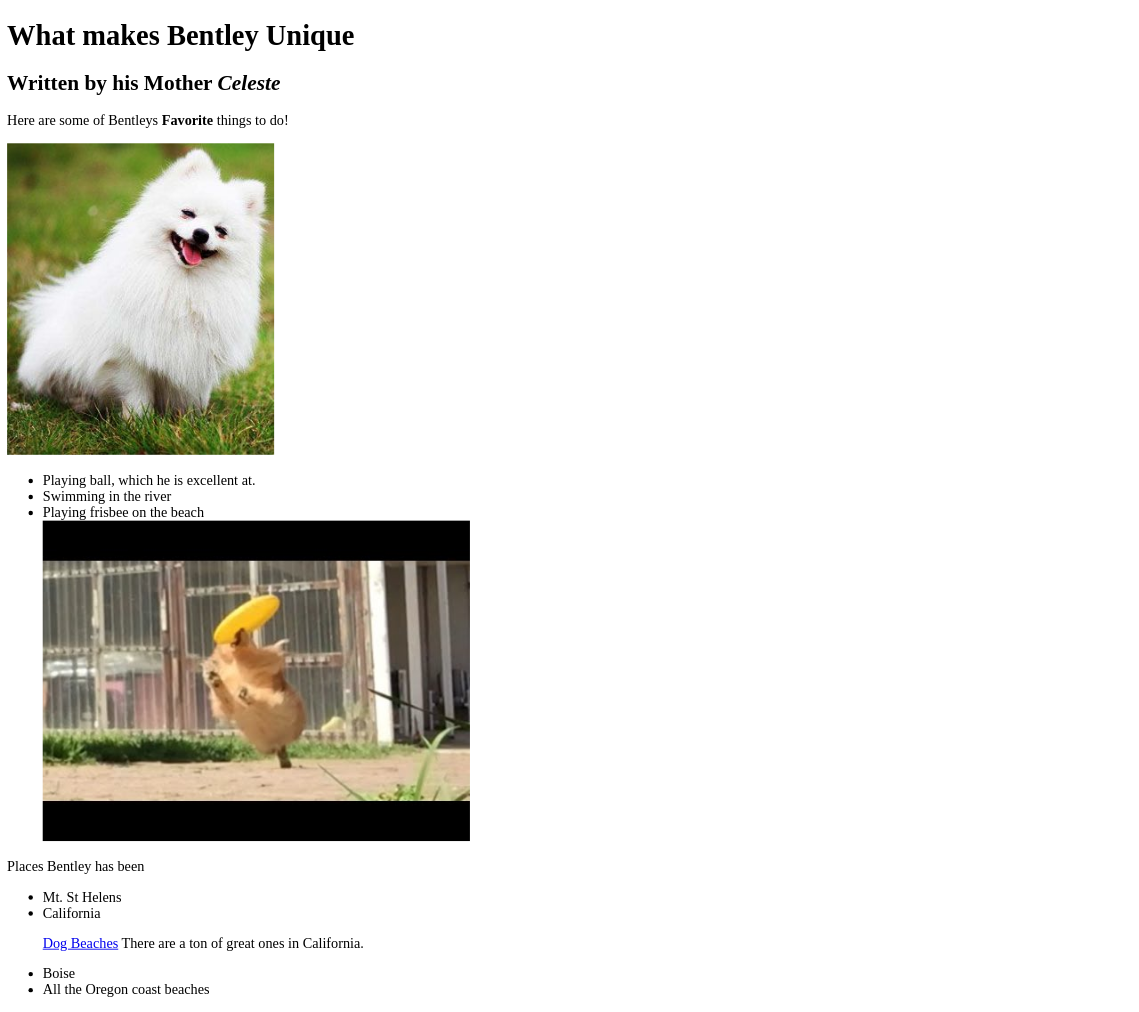
Repository: fieldceleste/bentley-boy
Page: bentley-boy.html
The author's editor kept a copy of each file at every save. The page is drawn from the files as they stood at one save, then again after the next save.
The browser window is 1280 px wide. The pictures show the whole page, at 89% of full size.

Above is the page before, as saved 2019-10-23 19:49:20.

After the next save:
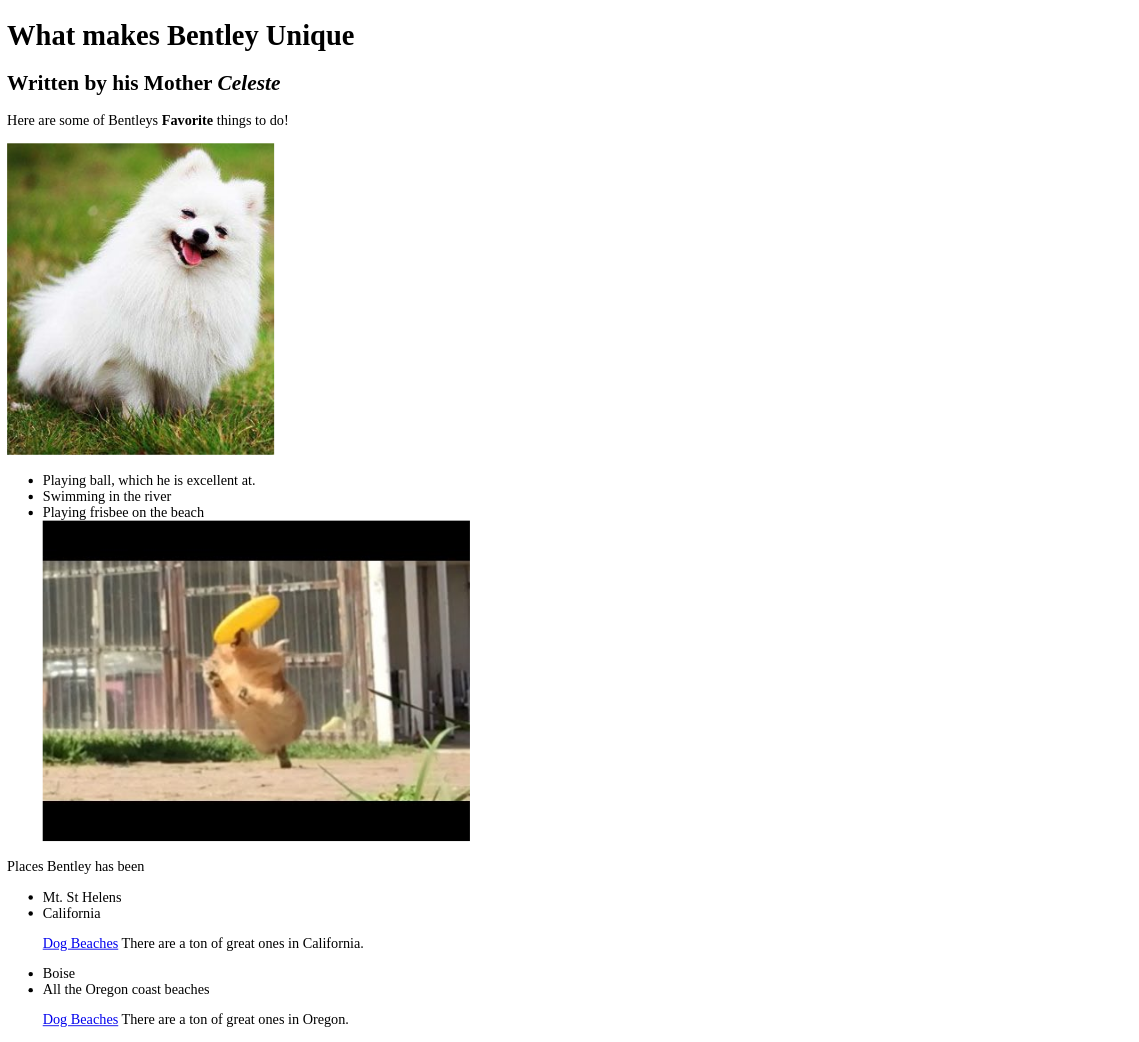
Saved 2 min 12 s later.
--- a/bentley-boy.html
+++ b/bentley-boy.html
@@ -17,10 +17,14 @@
     <p>Places Bentley has been</p>
     <ul>
       <li>Mt. St Helens</li>
-      <li>California</li> <p><a href="https://www.californiabeaches.com/dog-friendly-beaches-in-california/">Dog Beaches</a>
+      <li>California</li>
+        <p><a href="https://www.californiabeaches.com/dog-friendly-beaches-in-california/">Dog Beaches</a>
         There are a ton of great ones in California.</p>
       <li>Boise</li>
       <li>All the Oregon coast beaches</li>
+
+        <p><a href="https://www.bringfido.com/attraction/beaches/state/oregon/">
+        Dog Beaches</a> There are a ton of great ones in Oregon.</p>
     </ul>
   </body>
 </html>
